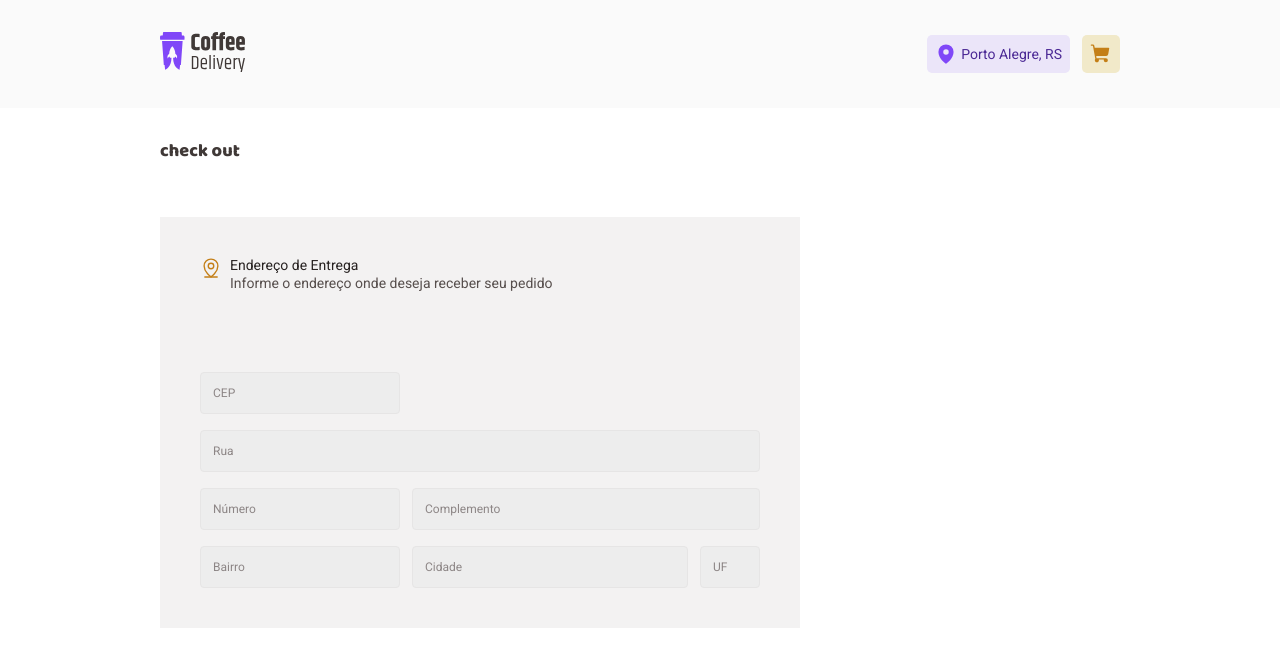
Repository: caueenrico/CoffeDelivery
Page: /checkout
The author's editor kept a copy of each file at every save. The page is drawn from the files as they stood at one save, then again after a run of saves.
The browser window is 1280 px wide. The pictures show the whole page.
The project was rebuilt for these pictures with package versions that can differ from the ones it lists, and the page was loaded fresh each time. Also part of the build but not shown: vite.config.ts, src/components/CoffesOptions/styled.ts, src/components/CoffeCards/styles.ts, src/components/IpuntNumber/styles.ts, src/components/IpuntNumber/index.tsx, src/components/CartOfCard/styles.ts, src/components/CartOfCard/index.tsx, src/utils/formatMoney.ts and 4 more.

Above is the page before, as saved 2022-09-22 15:27:18.

After the next 2 saves:
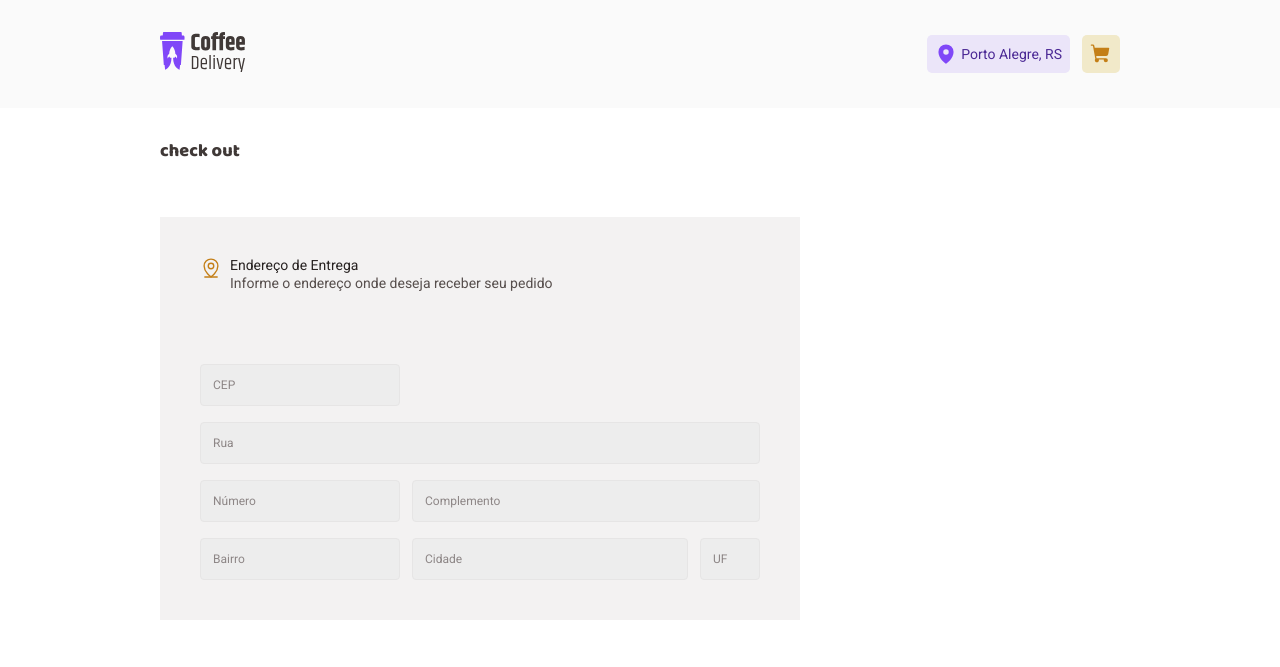
The 2 saves are shown as one change because they came seconds apart.
The last was saved 6 s later.
--- a/src/pages/CheckOut/components/TextosCheck/styles.ts
+++ b/src/pages/CheckOut/components/TextosCheck/styles.ts
@@ -3,7 +3,7 @@ import styled from "styled-components";
 export const SectionTitleContainer = styled.div`
   display: flex;
   gap: 0.5rem;
-  margin: 40px 40px;
+  margin: 40px 40px 32px ;
 
 
   div{
